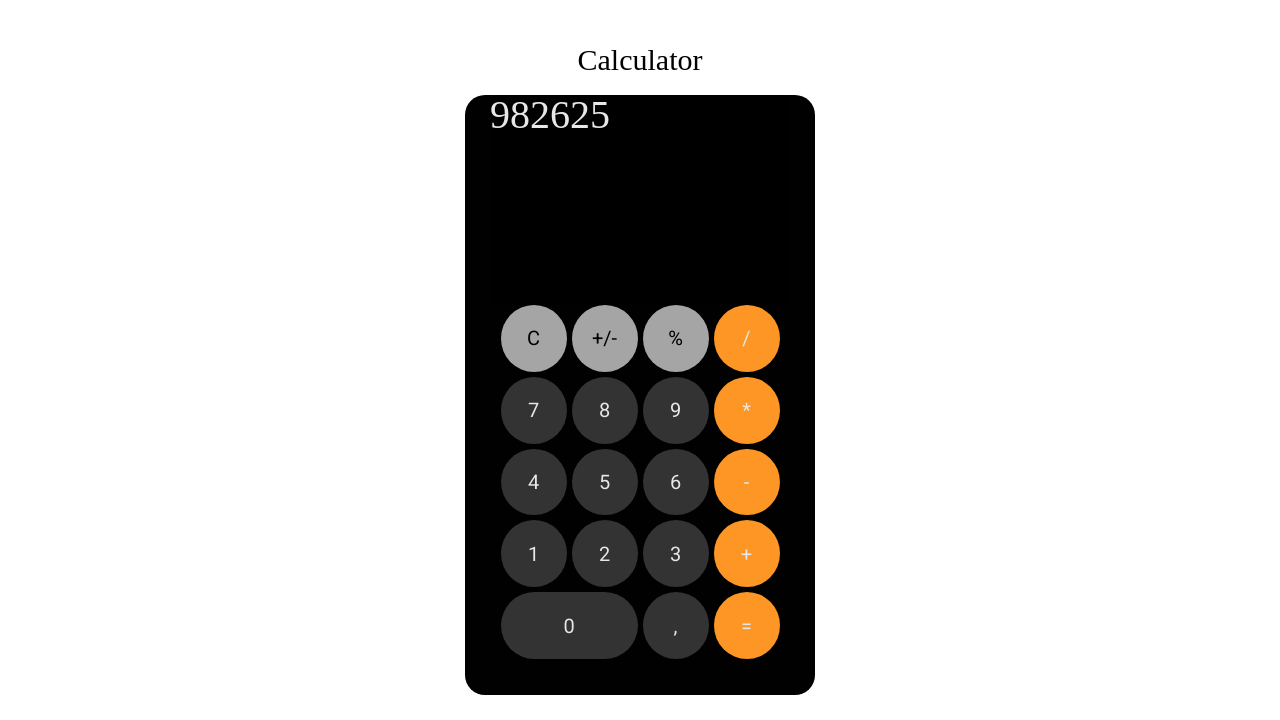
Repository: Gibon9/SimpleCalc
Page: index.html
An editor plug-in stored every save of this project. The page is shown before and after the next save, followed by the edit.
The browser window is 1280 px wide. The pictures show the whole page.
Some web fonts or font styles are not loaded; a fallback is used.

Above is the page before, as saved 2020-11-28 13:23:50.

After the next save:
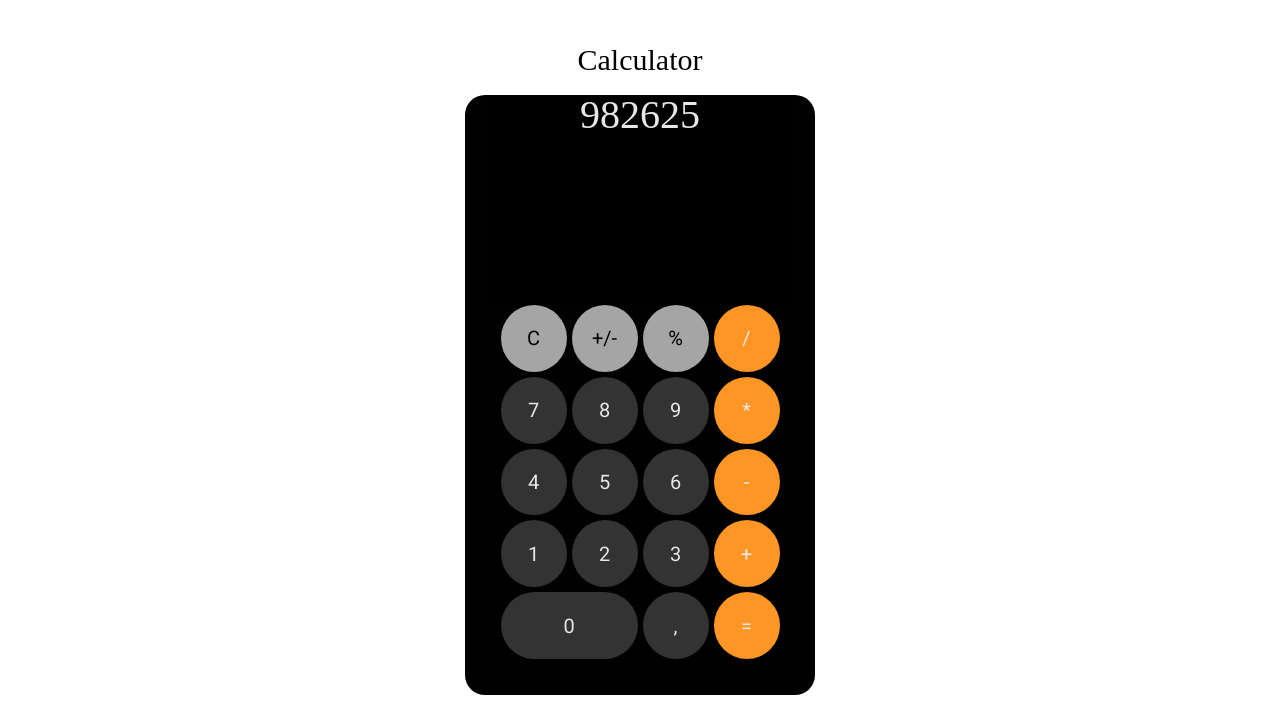
Saved 18 s later.
--- a/style/style.css
+++ b/style/style.css
@@ -45,6 +45,8 @@
 
 .calc-display {
   display: flex;
+  justify-content: center;
+  text-align: center;
   margin: 0 auto;
   width: 300px;
   height: 35%;
